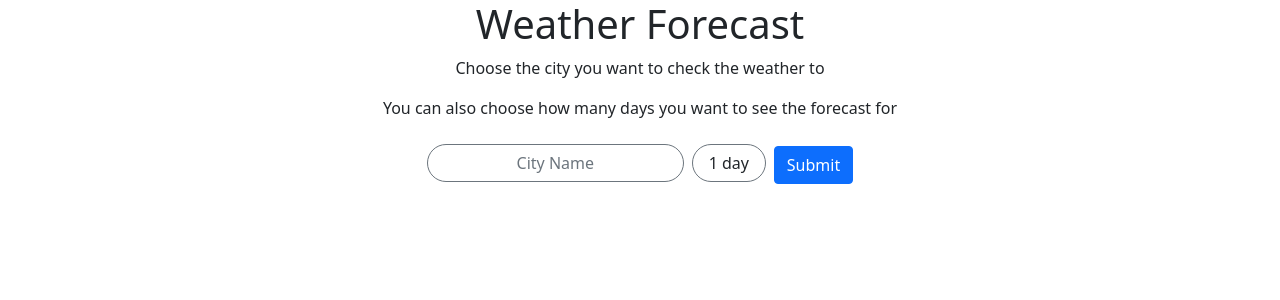
Repository: DimitrisDoxopoulos/my-own-weather-app
Page: /
The author's editor kept a copy of each file at every save. The page is drawn from the files as they stood at one save, then again after the next save.
The browser window is 1280 px wide. The pictures show the whole page.
The project was rebuilt for these pictures with package versions that can differ from the ones it lists, and the page was loaded fresh each time.

Above is the page before, as saved 2021-06-03 18:51:36.

### src/App.js
import './App.css';

/*--------------- Importing Components ------------------- */
import Wrapper from './components/Wrapper'
import Header from './components/Header'
import Tagline from './components/Tagline'
import Form from './components/Form'
/*--------------- Importing Components ------------------- */

function App() {
  return (
    <div className="App">
      <Wrapper>
        <Header />
        <Tagline />
        <Form />
      </Wrapper>
    </div>
  );
}

export default App;

### src/App.css
.App {
  /* text-align: center; */
}

.App-logo {
  height: 40vmin;
  pointer-events: none;
}

.App-header {
  background-color: #282c34;
  min-height: 100vh;
  display: flex;
  flex-direction: column;
  align-items: center;
  justify-content: center;
  font-size: calc(10px + 2vmin);
  color: white;
}

.App-link {
  color: #61dafb;
}

### src/components/Wrapper.js
import React from 'react';

const Wrapper = (props) => {
    return(
    <div className='d-flex flex-column justify-content-center align-items-center'>
        { props.children }
    </div>
    )
}

export default Wrapper;

### src/components/Header.js
import React from 'react'

const Header = () => {
    return (
        <div className="">
            <h1 className="">Weather Forecast</h1>
        </div>
    )
}

export default Header

### src/components/Tagline.js
import React from 'react'

const Tagline = () => {
    return (
        <div className="text-center">
            <p>Choose the city you want to check the weather to</p>
            <p>You can also choose how many days you want to see the forecast for</p>
        </div>
    )
}

export default Tagline

### src/components/Form.js
import React from 'react'

const Form = () => {
    return (
        <div>
            <form className="d-flex align-items-center">
                <div className="form-group">
                    <input type="text" className="form-control border-secondary rounded-pill text-center" id="exampleFormControlInput1" placeholder="City Name" />
                </div>
                <div className="form-group d-flex p-2">
                    <select className="form-control border-secondary rounded-pill text-center" id="exampleFormControlSelect1" placeholder="How many days?">
                        <option value="1">1 day</option>
                        <option value="2">2 days</option>
                        <option value="3">3 days</option>
                        <option value="4">4 days</option>
                        <option value="5">5 days</option>
                    </select>
                </div>
                <input className="btn btn-primary mt-1" type="submit" value="Submit" />
            </form>
        </div>
    )
}

export default Form

Loaded but not shown: public/index.html (common file); src/index.js (common file); src/index.css (common file); src/reportWebVitals.js (common file)

After the next save:
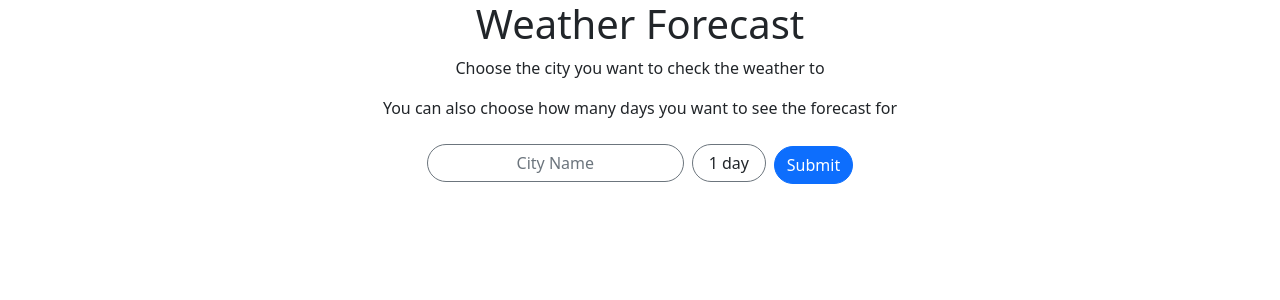
Saved 14 s later.
--- a/src/components/Form.js
+++ b/src/components/Form.js
@@ -16,7 +16,7 @@ const Form = () => {
                         <option value="5">5 days</option>
                     </select>
                 </div>
-                <input className="btn btn-primary mt-1" type="submit" value="Submit" />
+                <input className="btn btn-primary mt-1 rounded-pill" type="submit" value="Submit" />
             </form>
         </div>
     )
